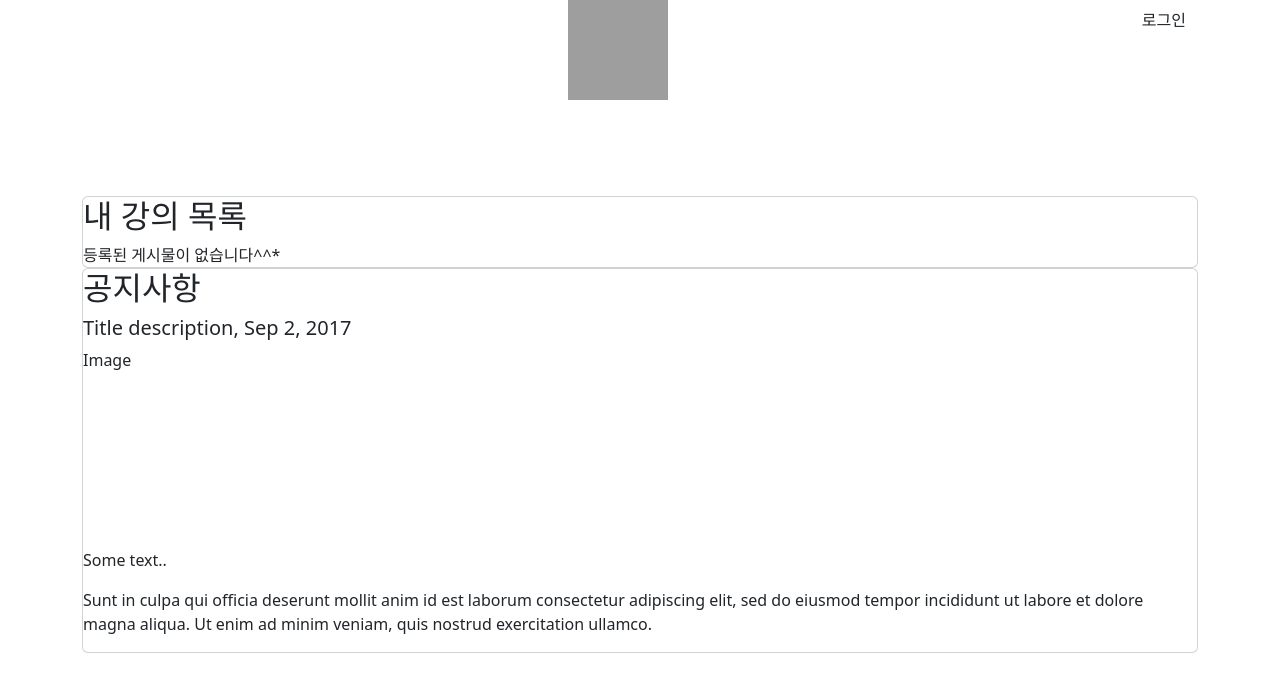
Repository: seonminpark100/CodeCampus
Page: http://localhost/LMSProject/WEB-INF/views/prof/prof.jsp
These files come from the project's save history. The page is drawn as it stood at one moment and after the next save; the edit follows.
The browser window is 1280 px wide. The pictures show the whole page.
Pictures or frames that could not be fetched are drawn as grey boxes. The page is served by Tomcat 10. Nobody is signed in. Other server files are loaded and not shown. The template is opened directly, without the code that normally fills it, so the values that code supplies are empty.

Above is the page before, as saved 2025-07-11 06:08:09.

### LMSProject/src/main/webapp/WEB-INF/views/prof/prof.jsp
<%@ page language="java" contentType="text/html; charset=UTF-8"
    pageEncoding="UTF-8"%>
<%@ taglib uri="http://www.springframework.org/security/tags" prefix="s" %>
<!DOCTYPE html>
<html>
	<head>
		<meta http-equiv="Content-Type" content="text/html; charset=UTF-8" />
		<title>OO대학교 eCampus</title>
		<style type="text/css">
		.bl-left { position:relative; float:left; width:50%; height:300px; display: flex; justify-content: center; align-items: center; }
		.bl-right{ position:relative; float:right; width:50%; height:300px; display: flex; justify-content: center; align-items: center; }
		</style>
	</head>

	<body>
	<div class="container">
	<%@ include file = "top.jsp" %>
	<div class="row">
	  <div class="leftcolumn">
	    <div class="card">
	      <h2>내 강의 목록</h2>
	      <c:choose>
		  	<c:when test="${ empty lists }">
		        <tr>
		            <td colspan="5" align="center">
		                등록된 게시물이 없습니다^^*
		            </td>
		        </tr>
		    </c:when>
		    <c:otherwise>
		        <c:forEach items="${ lists }" var="row" varStatus="loop">
		            <p><a href="./submain.do?lectureCode=${row.lecture_code}">${ row.lecture_name }</a></p><br/>
		        </c:forEach>
		    </c:otherwise>
		  </c:choose>
	    </div>

	    <div class="card">
	      <h2>공지사항</h2>
	      <h5>Title description, Sep 2, 2017</h5>
	      <div class="fakeimg" style="height:200px;">Image</div>
	      <p>Some text..</p>
	      <p>Sunt in culpa qui officia deserunt mollit anim id est laborum consectetur adipiscing elit, sed do eiusmod tempor incididunt ut labore et dolore magna aliqua. Ut enim ad minim veniam, quis nostrud exercitation ullamco.</p>
	    </div>
	  </div>



  </div>
</div>


<%-- 		<div class="container">
				<div class="bl-left">
				    <span class="bluelight">
				        <h2>강의목록</h2>
				        <c:choose>
					    <c:when test="${ empty lists }">
					        <tr>
					            <td colspan="5" align="center">
					                등록된 게시물이 없습니다^^*
					            </td>
					        </tr>
					    </c:when>
					    <c:otherwise>
					        <c:forEach items="${ lists }" var="row" varStatus="loop">
					            <p><a href="./submain.do?lectureCode=${row.lecture_code}">${ row.lecture_name }</a></p><br/>
					        </c:forEach>
					    </c:otherwise>
					</c:choose>
				    </span>
				</div>
			</div>
		</div> --%>

	</body>
</html>

### LMSProject/src/main/webapp/WEB-INF/views/prof/top.jsp
<%@ page language="java" contentType="text/html; charset=UTF-8"
    pageEncoding="UTF-8"%>
<%@ taglib prefix="sec" uri="http://www.springframework.org/security/tags" %>
<%@ taglib prefix="c" uri="http://java.sun.com/jsp/jstl/core"%>

<sec:authorize access="isAuthenticated()">
	<sec:authentication property="principal" var="principal"/>
</sec:authorize>
<!-- CDN 방식: Bootstrap, jQuery -->
<script src="https://ajax.googleapis.com/ajax/libs/jquery/3.7.1/jquery.min.js"></script>
<link href="https://cdn.jsdelivr.net/npm/bootstrap@5.3.6/dist/css/bootstrap.min.css" rel="stylesheet">
<script src="https://cdn.jsdelivr.net/npm/bootstrap@5.3.6/dist/js/bootstrap.bundle.min.js"></script>

<style>
 .img-concert {
   width: 100px;
   height: 100px;
 }

 .login {
 	float: right;
 }
</style>

<div class="container" align="center">
	<div class="login">
		<c:choose>
		    <c:when test="${empty principal}">
		        <ul class="navbar-nav">
		            <li class="nav-item"><a class="nav-link" href="/myLogin.do">로그인</a></li>
		        </ul>
		    </c:when>
		    <c:otherwise>
		        <ul class="navbar-nav">
			        <li class="nav-item"><a class="nav-link" href="/prof/mypage.do">마이페이지</a></li>
		        </ul>
		        <ul class="navbar-nav">
		            <li class="nav-item"><a class="nav-link" href="/myLogout.do">로그아웃</a></li>
		        </ul>
		         <ul class="navbar-nav">
			        <li class="nav-item"><a class="nav-link" href="/prof/index.do">내 강의실</a></li>
		        </ul>
		    </c:otherwise>
	    </c:choose>
	</div>
	<a href="/prof/index.do">
	 	<img class="img-concert" src="../images/logo.jpeg" />
	</a>
	<br/><br/>

	<br/><br/><br/>
</div>

After the next save:
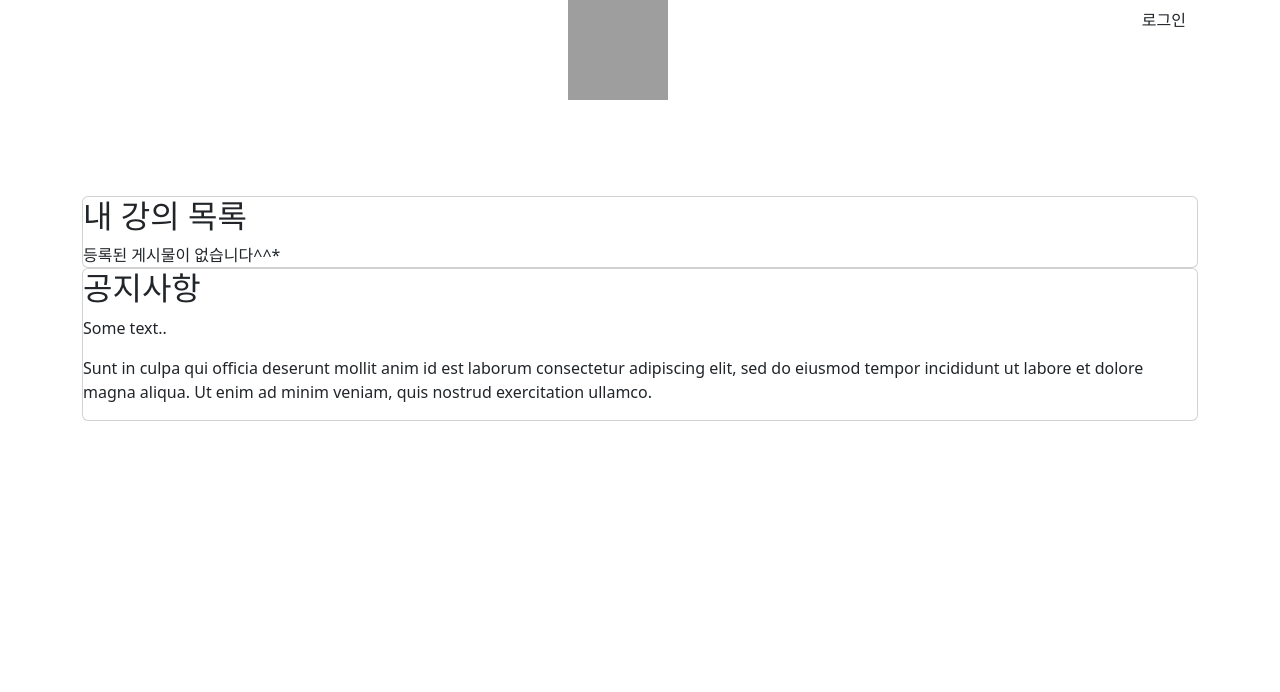
Saved 4 s later.
--- a/LMSProject/src/main/webapp/WEB-INF/views/prof/prof.jsp
+++ b/LMSProject/src/main/webapp/WEB-INF/views/prof/prof.jsp
@@ -37,8 +37,6 @@
 
 	    <div class="card">
 	      <h2>공지사항</h2>
-	      <h5>Title description, Sep 2, 2017</h5>
-	      <div class="fakeimg" style="height:200px;">Image</div>
 	      <p>Some text..</p>
 	      <p>Sunt in culpa qui officia deserunt mollit anim id est laborum consectetur adipiscing elit, sed do eiusmod tempor incididunt ut labore et dolore magna aliqua. Ut enim ad minim veniam, quis nostrud exercitation ullamco.</p>
 	    </div>
